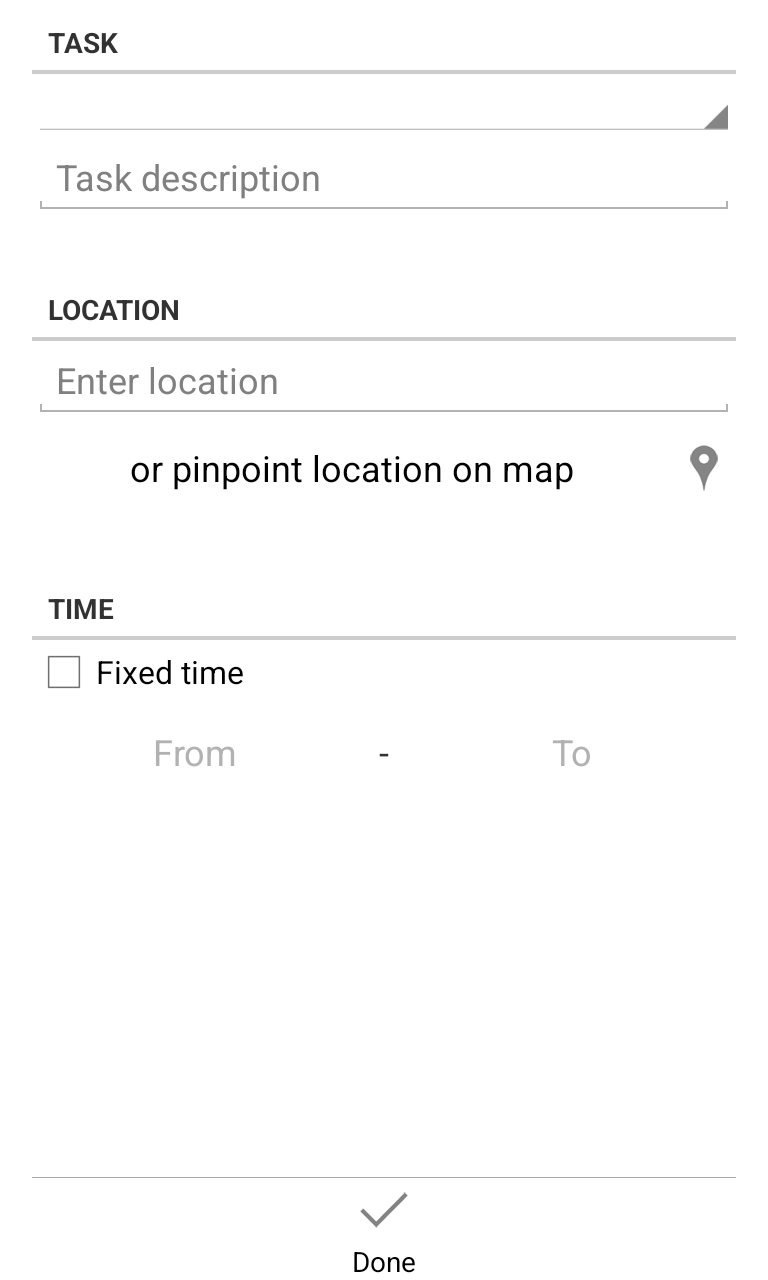
Repository: larserikstrand/IMT4904-Master
Layout: Todoity/res/layout/activity_new_task.xml
The author's editor kept a copy of each file at every save. The layout is drawn from the files as they stood at one save, then again after the next save.
It is drawn on a 768 x 1280 px phone screen (xhdpi) without system bars, with theme android:Theme.Holo.Light; the app's code is not run.

Above is the layout before, as saved 2014-03-14 07:56:13.

### Todoity/res/layout/activity_new_task.xml
<LinearLayout xmlns:android="http://schemas.android.com/apk/res/android"
    xmlns:tools="http://schemas.android.com/tools"
    android:id="@+id/container"
    android:layout_width="match_parent"
    android:layout_height="match_parent"
    android:paddingLeft="@dimen/activity_horizontal_margin"
    android:paddingRight="@dimen/activity_horizontal_margin"
    android:orientation="vertical"
    tools:context=".NewTaskActivity"
    android:clickable="true"
    android:focusable="true"
	android:focusableInTouchMode="true" >

    <ScrollView android:layout_width="match_parent"
        android:layout_height="0dp"
        android:layout_weight="1" >

    	<LinearLayout android:layout_width="match_parent"
        	android:layout_height="wrap_content"
        	android:orientation="vertical" >

    	    <TextView
        		android:layout_width="match_parent"
        		android:layout_height="wrap_content"
        		android:layout_marginTop="5dp"
        		android:text="@string/task"
        		style="?android:listSeparatorTextViewStyle" />

    		<Spinner android:id="@+id/category_spinner"
        		android:layout_width="match_parent"
        		android:layout_height="wrap_content" />

    		<EditText android:id="@+id/description_edit"
        		android:layout_width="match_parent"
        		android:layout_height="wrap_content"
        		android:lines="2"
        		android:hint="@string/task_description_hint"
        		android:inputType="textCapSentences" />

        	<TextView
        		android:layout_width="match_parent"
        		android:layout_height="wrap_content"
        		android:layout_marginTop="30dp"
        		android:text="@string/location"
        		style="?android:listSeparatorTextViewStyle" />

    		<AutoCompleteTextView android:id="@+id/location_text"
        		android:layout_width="match_parent"
        		android:layout_height="wrap_content"
        		android:hint="@string/location_hint"
        		android:inputType="textCapWords" />

    		<Button android:id="@+id/location_button"
        		android:layout_width="match_parent"
        		android:layout_height="wrap_content"
        		android:background="?android:attr/selectableItemBackground"
        		android:text="@string/pinpoint"
        		android:drawableRight="@drawable/ic_location_place" />

    		<TextView
        		android:layout_width="match_parent"
        		android:layout_height="wrap_content"
        		android:layout_marginTop="30dp"
        		android:text="@string/time"
        		style="?android:listSeparatorTextViewStyle" />

    		<CheckBox android:id="@+id/fixed_time_check"
        		android:layout_width="match_parent"
        		android:layout_height="wrap_content"
        		android:text="@string/fixed_time" />

    		<LinearLayout android:id="@+id/time_layout"
        		android:layout_width="match_parent"
        		android:layout_height="wrap_content"
        		android:orientation="horizontal" >

        		<Button android:id="@+id/from_button"
            		android:layout_width="0dp"
            		android:layout_height="wrap_content"
            		android:layout_weight="1"
            		android:layout_marginRight="10dp"
            		android:background="?android:attr/selectableItemBackground"
            		android:text="@string/from"
            		android:enabled="false" />

        		<TextView android:layout_width="wrap_content"
            		android:layout_height="wrap_content"
            		android:text="@string/divider"
            		android:textSize="18sp" />

        		<Button android:id="@+id/to_button"
            		android:layout_width="0dp"
            		android:layout_height="wrap_content"
            		android:layout_weight="1"
            		android:layout_marginLeft="10dp"
            		android:background="?android:attr/selectableItemBackground"
            		android:text="@string/to"
            		android:enabled="false" />

    		</LinearLayout>

    	</LinearLayout>

    </ScrollView>

    <View android:layout_width="match_parent"
        android:layout_height="0.2dp"
        android:background="@android:color/darker_gray" />

    <Button android:id="@+id/done_button"
        android:layout_width="match_parent"
        android:layout_height="wrap_content"
        android:background="?android:attr/selectableItemBackground"
        android:drawableTop="@drawable/ic_navigation_accept"
        android:text="@string/done"
        android:textAppearance="?android:attr/textAppearanceSmall" />

</LinearLayout>

### Todoity/res/values/strings.xml
<?xml version="1.0" encoding="utf-8"?>
<resources>

    <!-- Titles -->
    <string name="app_name">Todoity</string>
    <string name="title_activity_list">ListActivity</string>
    <string name="title_activity_new_task">New Task</string>
    <string name="title_activity_map">Map</string>
    <string name="title_activity_settings">Settings</string>
    <string name="title_activity_about">About</string>

    <!-- Menu -->
    <string name="action_settings">Settings</string>
    <string name="action_about">About</string>

    <!-- General -->
    <string name="owner">Owner: Lars Erik Strand</string>
    <string name="today">Today</string>
    <string name="week">Week</string>
    <string name="all_tasks">All Tasks</string>
    <string name="task">Task</string>
    <string name="new_task_list">New List</string>
    <string name="new_task">New Task</string>
    <string name="edit_list">Edit List</string>
    <string name="edit">Edit</string>
    <string name="delete">Delete</string>
    <string name="delete_task">Delete task</string>
    <string name="discard">Discard</string>
    <string name="set_date">Set date</string>
    <string name="save">Save</string>
    <string name="done">Done</string>
    <string name="location">Location</string>
    <string name="location_hint">Enter location</string>
    <string name="pinpoint">or pinpoint location on map</string>
    <string name="task_description_hint">Task description</string>
    <string name="time">Time</string>
    <string name="fixed_time">Fixed time</string>
    <string name="from">From</string>
    <string name="to">To</string>
    <string name="divider">-</string>
    <string name="start">Start</string>
    <string name="pause">Pause</string>
    <string name="finished">Finished</string>
    <string name="confirm">Confirm</string>
    <string name="add">Add</string>
    <string name="occupation">Occupation</string>
    <string name="move_task">Move task to another day</string>
    <string name="welcome">Welcome</string>

    <!-- Messages/Alerts -->
    <string name="set_location_message">You must choose a location for your task.</string>
    <string name="set_category_message">You must enter a task category.</string>
    <string name="set_date_message">You must enter a date.</string>
    <string name="set_time_message">This task has a fixed time. You must set the start and end time of the task.</string>
    <string name="save_message">Saving. Please wait&#8230;</string>
    <string name="discard_list_message">Are you sure you want do discard this list?</string>
    <string name="delete_list_message">Are you sure you want to delete this list?</string>
    <string name="welcome_message">Welcome to Todoity. As this is your first time running this application, please select an occupation before proceeding. You can change your occupation in settings later.</string>
    <string name="no_tasks_message">You haven\'t entered any tasks to save.</string>
    <string name="existing_list_message">A list with this date already exist. Do you wish to add tasks to the existing list or delete the existing list?</string>
    <string name="about_message">Todoity is developed as a Master thesis project at Gjøvik University College. It\'s purpose is not only to keep track of your tasks but also to gather contextual information as you do the tasks in order to give you future task recommendations.</string>

    <!-- Service -->
    <string name="contextservice_notification_title">Todoity Context Service:</string>
    <string name="contextservice_notification_message">Collecting contexts</string>
    <string name="geofenceservice_single_entered1">You are close to the task: </string>
    <string name="geofenceservice_single_entered2">Do you want to do this task now?</string>
    <string name="geofenceservice_multiple_entered">You are close to several tasks. Do you want to do these now?</string>

    <!-- Preferences -->
    <string name="pref_context_storage">Context Storage</string>
    <string name="pref_occupation_default">None</string>
    <string name="pref_context_storage_summ">Allow application to collect and store context information</string>
    <string name="pref_undergraduate">Undergraduate student (Bachelor)</string>
    <string name="pref_postgraduate">Postgraduate student (Master, Ph.D.)</string>

    <!-- Arrays -->


    <!-- Occupation task templates -->

    <string-array name="undergraduate_tasks_array">
        <item>Attend lecture</item>
        <item>Read</item>
        <item>Write report</item>
        <item>Do course exercises</item>
        <item>Meeting</item>
        <item>Group work</item>
        <item>Practical work</item>
        <item>Other</item>
    </string-array>
    <string-array name="postgraduate_tasks_array">
        <item>Attend lecture</item>
        <item>Read</item>
        <item>Write report</item>
        <item>Do course exercises</item>
        <item>Meeting</item>
        <item>Group work</item>
        <item>Practical work</item>
        <item>Experiment</item>
        <item>Other</item>
    </string-array>

    <!-- Occupation types -->
    <string-array name="pref_occupation_values">
        <item>Undergraduate student (Bachelor)</item>
        <item>Postgraduate student (Master, Ph.D.)</item>
    </string-array>


    <!-- Colors -->
    <color name="lightgreen">#2200ff00</color>
    <color name="lightgrey">#55aaaaaa</color>

</resources>

Loaded but not shown: Todoity/res/values/dimens.xml (common file)

After the next save:
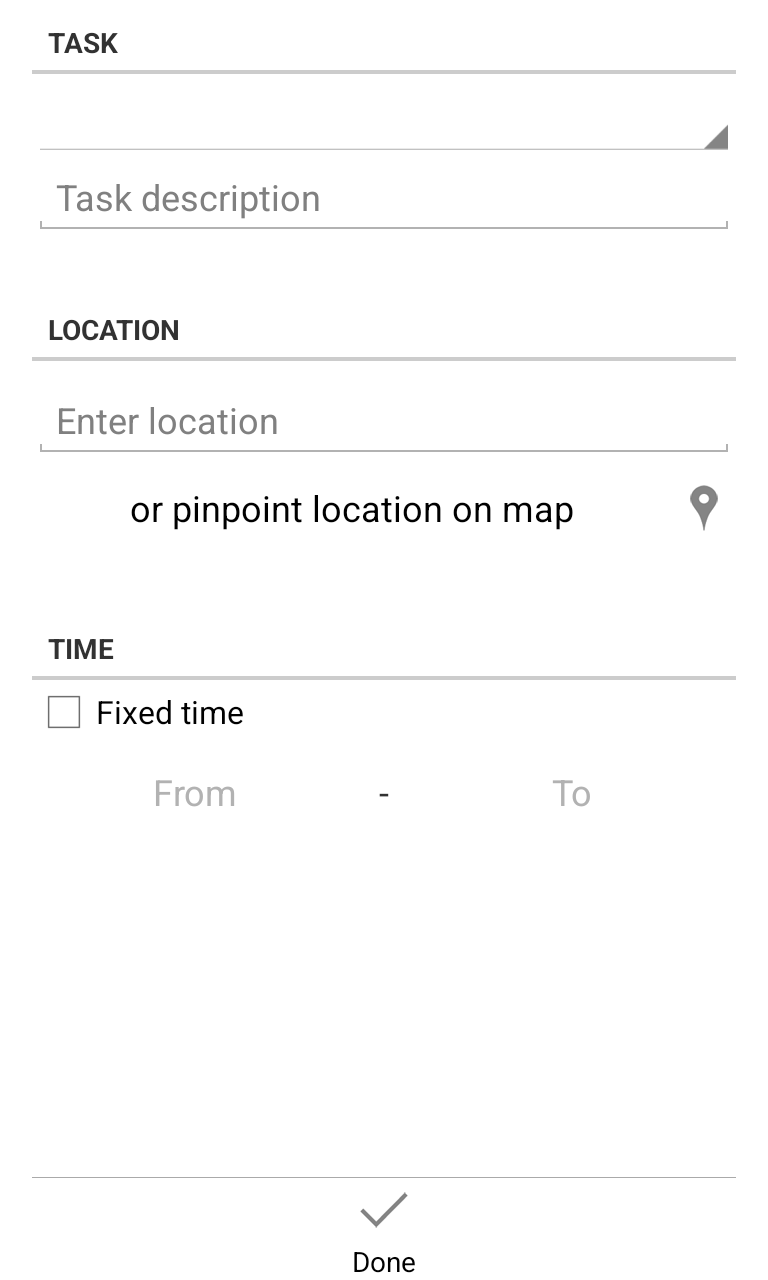
Saved 109 s later.
--- a/Todoity/res/layout/activity_new_task.xml
+++ b/Todoity/res/layout/activity_new_task.xml
@@ -28,7 +28,8 @@
 
     		<Spinner android:id="@+id/category_spinner"
         		android:layout_width="match_parent"
-        		android:layout_height="wrap_content" />
+        		android:layout_height="wrap_content"
+        		android:layout_marginTop="10dp" />
 
     		<EditText android:id="@+id/description_edit"
         		android:layout_width="match_parent"
@@ -47,6 +48,7 @@
     		<AutoCompleteTextView android:id="@+id/location_text"
         		android:layout_width="match_parent"
         		android:layout_height="wrap_content"
+        		android:layout_marginTop="10dp"
         		android:hint="@string/location_hint"
         		android:inputType="textCapWords" />
 
